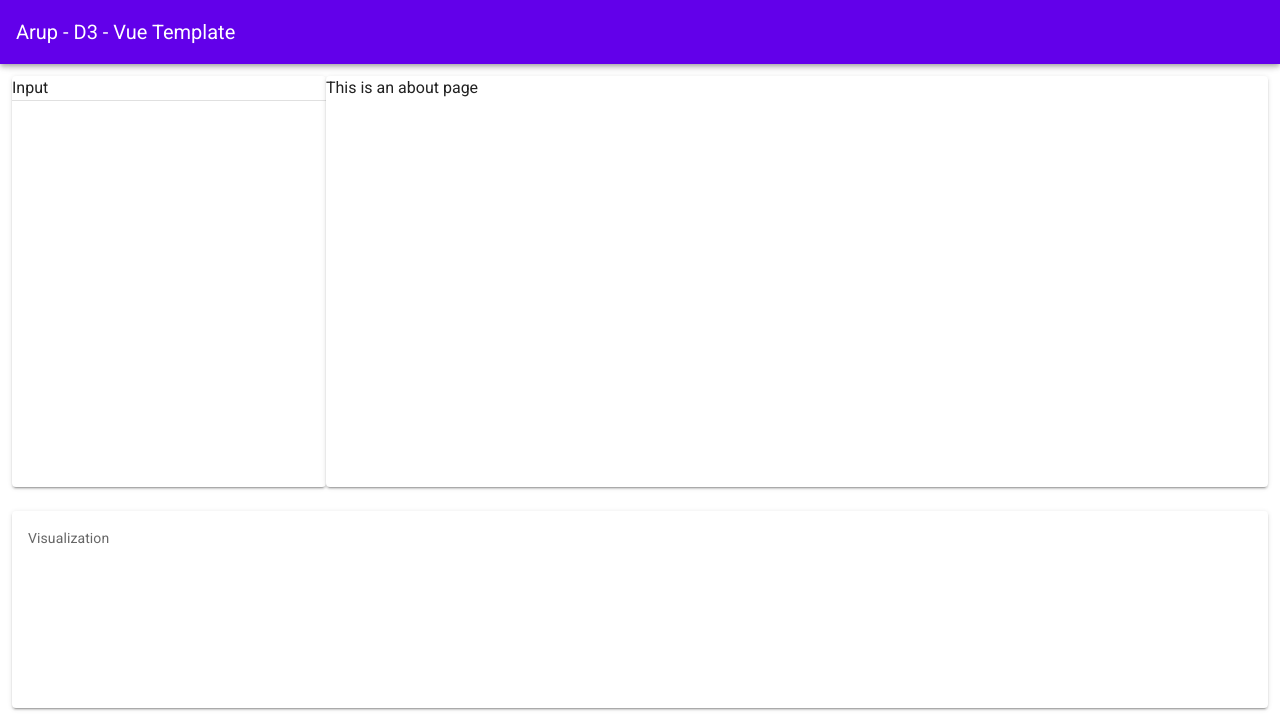
Repository: NathanielPerkins/Vue-d3-esri-template
Page: /about
An editor plug-in stored every save of this project. The page is shown before and after the next save, followed by the edit.
The browser window is 1280 px wide. The pictures show the whole page.
The project was rebuilt for these pictures with package versions that can differ from the ones it lists, and the page was loaded fresh each time. Also part of the build but not shown: vue.config.js, src/components/Webmap.vue.

Above is the page before, as saved 2020-04-17 15:11:13.

After the next save:
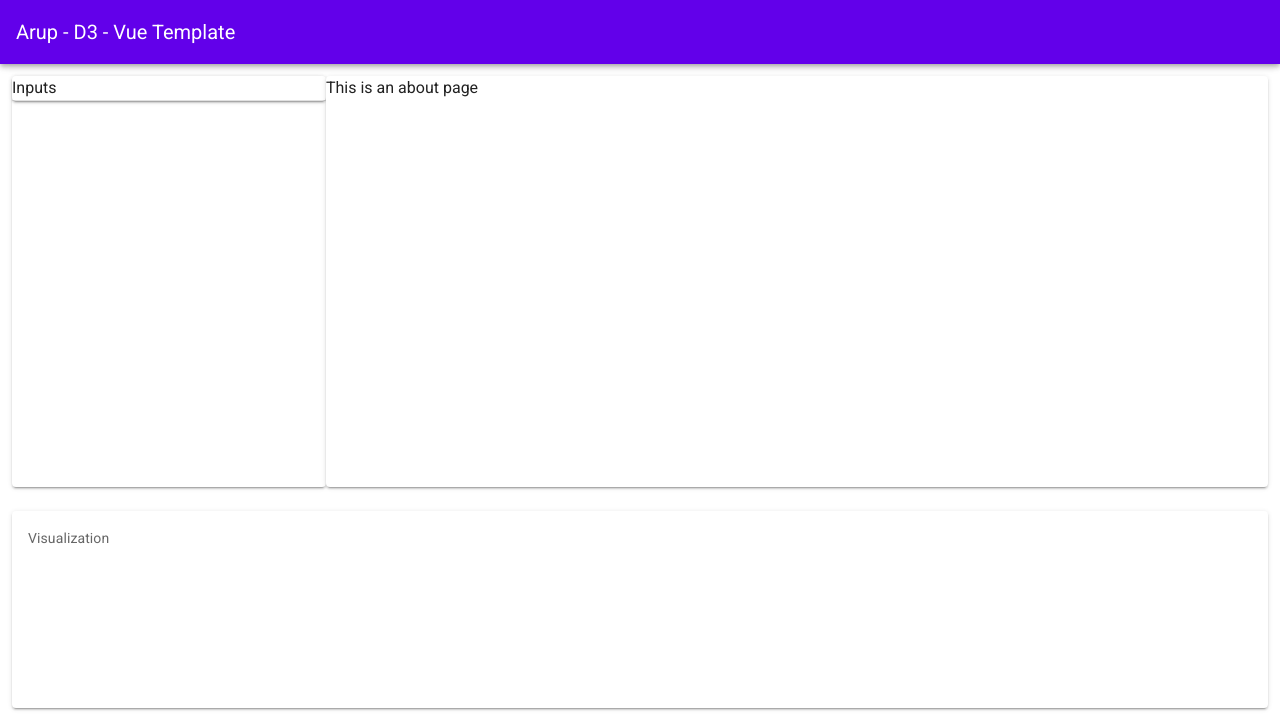
Saved 22 min 31 s later.
--- a/src/components/Input.vue
+++ b/src/components/Input.vue
@@ -1,8 +1,8 @@
 <template>
-  <div>
-      <div>Input</div>
+  <v-card>
+      <div>Inputs</div>
       <v-divider></v-divider>
-  </div>
+  </v-card>
 </template>
 
 <script>

After the save that followed:
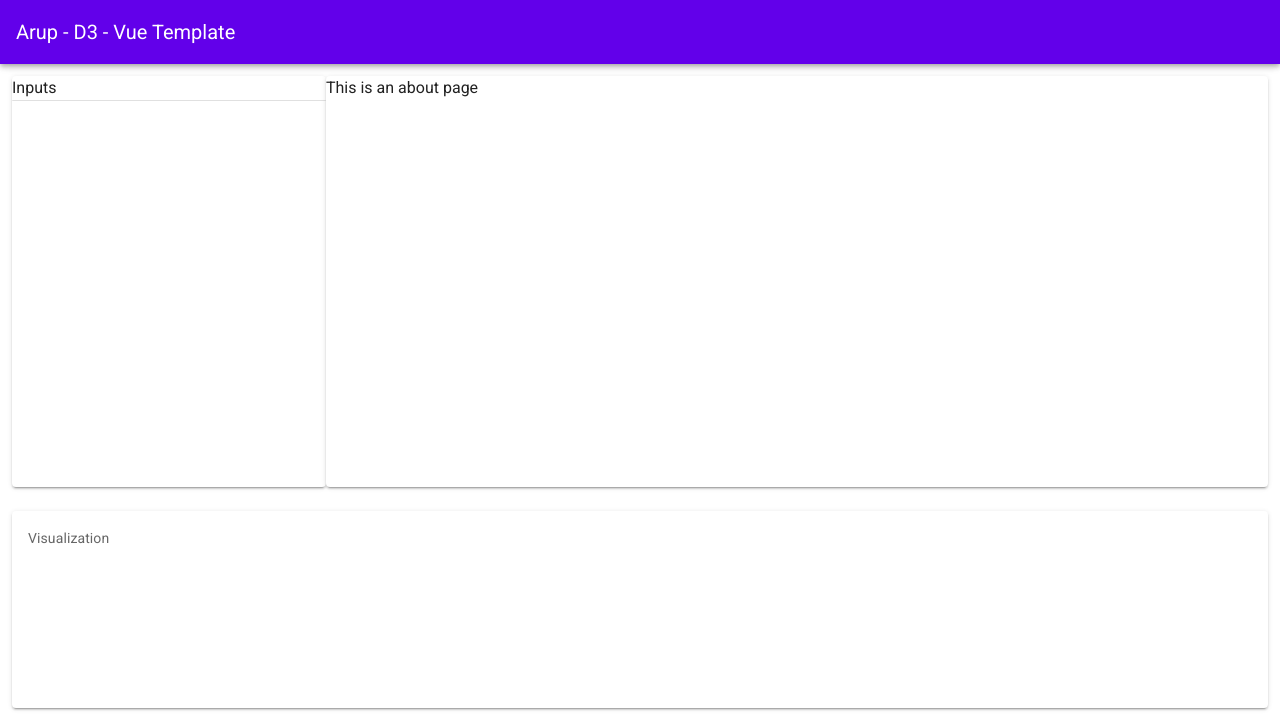
Saved 22 s later.
--- a/src/App.vue
+++ b/src/App.vue
@@ -13,13 +13,7 @@
       <v-container fluid class='fill-height ma-0'>
         <v-row dense no-gutters class='top-row'>
           <v-col cols='3'>
-            <v-card class='fill-height'>
-              <Input />
-              <!-- <v-card-text>
-                <div>Inputs</div>
-                <v-divider light />
-              </v-card-text> -->
-            </v-card>
+            <Input class='fill-height' />
           </v-col>
           <v-col cols='9'>
             <v-card class="fill-height">
